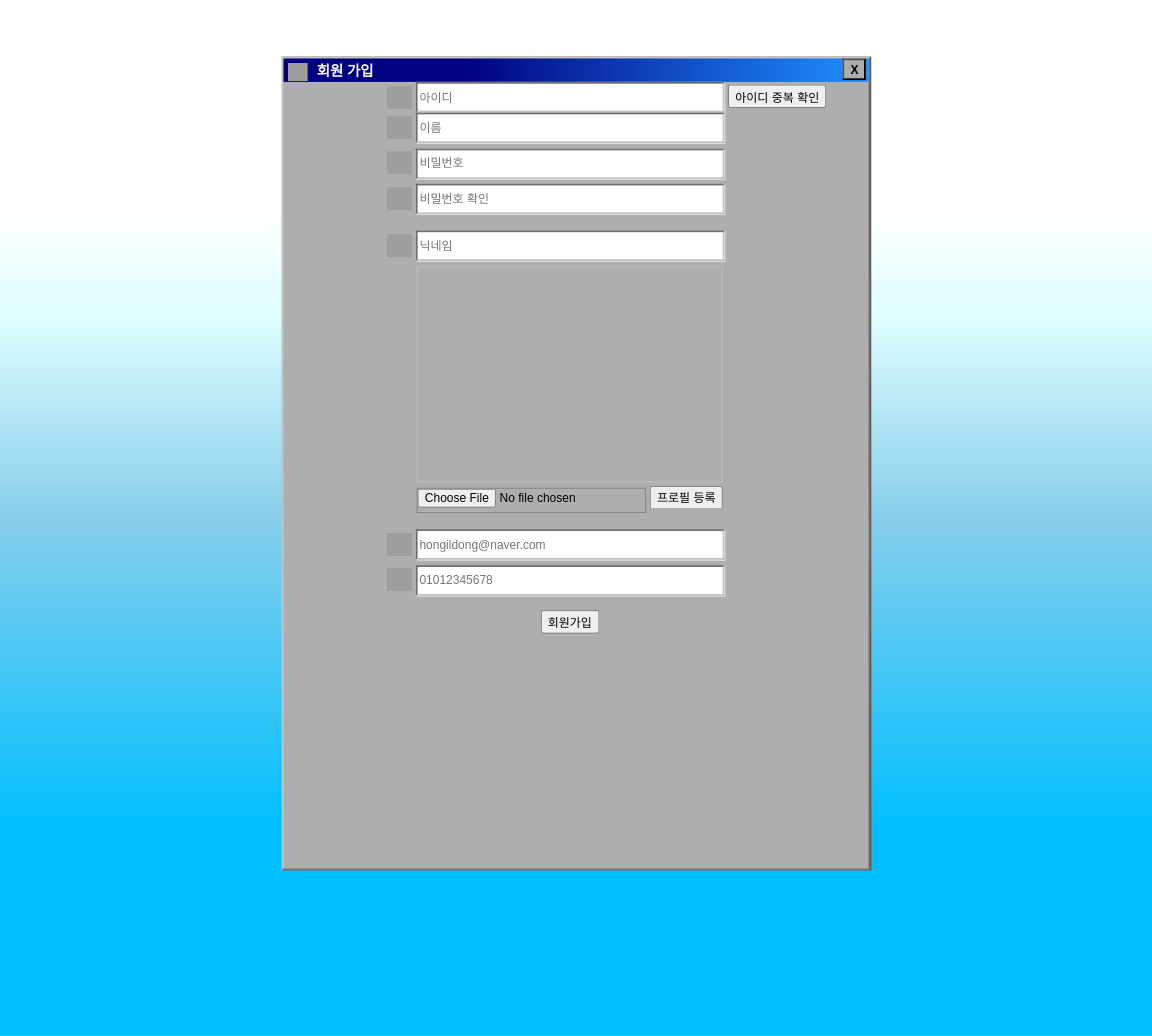
Repository: SEOGWANGWON/semi-finally
Page: http://localhost/semi_team/SHINeeRegister.jsp
The author's editor kept a copy of each file at every save. The page is drawn from the files as they stood at one save, then again after the next save.
The browser window is 1280 px wide. The pictures show the whole page, at 90% of full size.
Pictures or frames that could not be fetched are drawn as grey boxes. The page is served by Tomcat 9. Other server files are loaded and not shown.

Above is the page before, as saved 2023-11-17 02:56:02.

### semi_team/src/main/webapp/SHINeeRegister.jsp
<%@ page language="java" contentType="text/html; charset=UTF-8"
    pageEncoding="UTF-8"%>
<!DOCTYPE html>
<html lang="ko">
    <head>
        <meta charset="UTF-8">
        <title>SHINee Music회원가입 페이지</title>
        <link rel="stylesheet" type="text/css" href="css/광원님.css">
    </head>
    <body>
        <div class="pageColor">
            <div class="TabColor"><img src="images/mypage.png" class="TabiconImage"><strong class="TabTextStyle">회원 가입</strong>
                <button id="pageCloseButton" type="button" class="pageCloseButton" onclick="closeButton()"><Strong class="pageCloseButtonText">X</Strong></button>
            </div>
                <form id="createAccount" action="SHINeeRegisterServlet" method="post" enctype="multipart/form-data">
	                <div id="divid">
	                    <label for="id">
	                        <img class="iconImg" src="images/user.png">
	                    </label>
	                    <input id="id" name="id" type="text" oninput="idCheck()"  placeholder="아이디" autocomplete="off">
	                    									<!--  oninput = 입력할때마다 실시간 체크   autocomplete="off" 자동완성 기능 off -->
	                    <button id="idButton" type="button" name="idButton">아이디 중복 확인</button> <!--  onclick="idDbCheck()" -->
	                    <span id="ruleid"></span> <!--  <input type="hidden" name="idCheckBox" id="idCheckBox" value="idUnCheck">  -->
	                </div>
	                <div>
	                    <label for="name">
	                        <img class="iconImg" src="images/name.png">
	                    </label>
	                    <input id="name" name="name" type="text" oninput="nameCheck()" placeholder="이름" autocomplete="off">
	                    <p id="rulename"></p>
	                </div>
	                <div>
	                    <label for="pw">
	                        <img class="iconImg" src="images/password.png">
	                    </label>
	                    <input id="pw" name="pw" type="password" oninput="pwCheck()"  placeholder="비밀번호" autocomplete="off">
	                    <p id="rulepm"></p>
	                </div>
	                <div>
	                    <label for="checkpw">
	                       <img class="iconImg" src="images/passwordcheck.png">
	                    </label>
	                    <input id="checkpw" type="password" oninput="pwCheck()" placeholder="비밀번호 확인">
	                    <span id="checkpm"></span>
	                </div>
	                <br>
	                <div>
	                    <label for="nickname">
	                        <img class="iconImg" src="images/profile.png">
	                    </label>
	                    <input id="nickname" name="nickname" type="text" oninput="nicknameCheck()" placeholder="닉네임" autocomplete="off">
	                    <p id="rulenickname"></p>
	                </div>

	                <div>
	                    <div id="profileContainer">
	                        <!-- 프로필 사진을 표시할 컨테이너 -->
	                        <img id="uploadProfile">
	                    </div>
	                    <input type="file" id="profileInput" name="profileInput" accept="image/*" style="margin: 0 0 0 6%;">
	                    <button id="profileUploadButton" type="button">프로필 등록</button>
	                </div>
	                <br>
	                <div>
	                    <label for="emailid">
	                        <img class="iconImg" src="images/email.png">
	                    </label>
	                    <input id="emailid" type="email" name="emailid"  oninput="userEmailCheck()" placeholder="hongildong@naver.com" autocomplete="off">
	                    <p id="ruleemail"></p>
	                </div>
	                <div>
	                    <label for="phoneNumber">
	                        <img class="iconImg" src="images/phone.png">
	                    </label>
	                    <input id="phoneNumber" name="phoneNumber" type="text" oninput="userPhoneCheck()" placeholder="01012345678" autocomplete="off">
	                    <p id="rulephoneNumber"></p>
	                </div>
	                <button id="createUserButton" onclick="CreateUser()">회원가입</button>

            	</form>

       	</div>
       	<script src="https://code.jquery.com/jquery-3.7.1.js"
        integrity="sha256-eKhayi8LEQwp4NKxN+CfCh+3qOVUtJn3QNZ0TciWLP4="
        crossorigin="anonymous"></script>
       	<script src="js/CreateAccountPage.js">
        </script>
    </body>
</html>

### semi_team/src/main/webapp/css/광원님.css
@charset "UTF-8";
body{
    background: linear-gradient(white 20%,lightCyan 30%, skyBlue 50%, deepSkyBlue 80% ) ;
    height: 1080px;
}
.pageColor{
    width: 650px;
    height: 900px;
    margin: 0 auto;
    margin-top: 5%;
    border: 2px outset rgb(199, 195, 195);
    box-shadow: 1px 0 0 0 rgb(41, 41, 41);
    background-color: rgb(175, 174, 174);
}
#phoneNumber{
    width: 335px;
    height: 28px;
    border: 2px inset rgb(194, 192, 192);
    box-shadow: 1px 1px 1px 0 rgb(224, 222, 222);
}
#nickname{
    width: 335px;
    height: 28px;
    border: 2px inset rgb(194, 192, 192);
    box-shadow: 1px 1px 1px 0 rgb(224, 222, 222);

}
#id{
    width: 335px;
    height: 28px;
    border: 2px inset rgb(194, 192, 192);
    box-shadow: 1px 1px 1px 0 rgb(224, 222, 222);
}
#pw,#checkpw{
    width: 335px;
    height: 28px;
    border: 2px inset rgb(194, 192, 192);
    box-shadow: 1px 1px 1px 0 rgb(224, 222, 222);
}


#createAccount{
    width: 550px;
    height: 650px;
    margin-left: 10%;
    padding: 0 50px 50px;
    border-radius: 5%;
}
#emailid{
    width: 335px;
    height: 28px;
    border: 2px inset rgb(194, 192, 192);
    box-shadow: 1px 1px 1px 0 rgb(224, 222, 222);
}
input{
    border: 1.5px solid gray;
}
button{
    height: 26px;
}
input{
    height: 26px;
}
.pawnTab{
    width: 600px;

}
.iconImg{
    width: 28px;
    height: 26px;
    margin-bottom: -8px;
}
.TabColor{
    height: 26px;
    background: linear-gradient(to right,navy 30%, dodgerblue );
}
.TabiconImage{
    margin: 0 -3px -6px 5px;
    width: 22px;
    height: 20px;
}
.TabTextStyle{
    margin: 0 0 0 2%;
    color: white;
}
.pageCloseButton{
    float: right;
    margin: 0 0.5% -5% 0;
    width: 26px;
    height: 24px;
    padding: 3px;
    background-color: rgb(175, 174, 174);
}
.pageCloseButtonText{
    margin: 0 0 0 10%;
}
#uploadProfile{
    width: 340px;
    height: 240px;
    margin: 0 0 0 6%;
}
@font-face {
    font-family: 'Ramche';
    src: url('https://cdn.jsdelivr.net/gh/projectnoonnu/noonfonts_2307-1@1.1/Ramche.woff2') format('woff2');
    font-weight: normal;
    font-style: normal;
}
#checkpm{
    width: 150px;
    margin: 0;
    padding: 0;
}
#name{
    width: 335px;
    height: 28px;
    border: 2px inset rgb(194, 192, 192);
    box-shadow: 1px 1px 1px 0 rgb(224, 222, 222);
}
#createUserButton{
    margin: 2% 0 0 31%;
}

#ruleid, #rulephoneNumber, #ruleemail, #rulenickname, #rulepm, #rulename{
    font-size: 13px;
    font-weight: 800;
    color: rgb(255, 0, 0);
    padding: 0;
    margin: 1% 0 1% 6%;
}

### semi_team/src/main/webapp/js/CreateAccountPage.js
document.getElementById("profileUploadButton").addEventListener("click", function(){
    var fileInput = document.getElementById("profileInput");
    var uploadImage = document.getElementById("uploadProfile");
    var imageContainer = document.getElementById("profileContainer");

    if(fileInput.files.length > 0){
        var file = fileInput.files[0];
        var reader = new FileReader();

        reader.onload = function(e){
            uploadImage.src = e.target.result;
            imageContainer.style.display = "block";
        };

        reader.readAsDataURL(file);
    } else{
        alert("프로필 사진을 넣어야 합니다.");
    };
});

function closeButton(){

    if(confirm("회원가입을 취소하시겠습니까?.")){
        alert("회원가입이 취소되었습니다.")
        var pageMove = "https://music.apple.com/kr/browse";
        location.href=pageMove;
    };
};

function idCheck(){

	var userid = document.getElementById("id").value;
	const idPattarn =  /^[A-za-z0-9]{4,12}$/;

	if(idPattarn.test(userid)){
		$('#ruleid').text('조건 일치').css('color', 'green');
	}else{
        $('#ruleid').text("아이디는 4 ~ 12 자의 숫자,영어 로만 구성되어야합니다").css('color', 'red');
     };

     document.userInfo.idCheckBox.value = "idUnCheck"

};



/*
function idDbCheck(){
	const a = docu
	a.value
	window.name = "parentForm";
	window.open("Id_Check.jsp?=",
	"checkForm", "width=500, height=300, resizable = no, scrollbars = no");

	}
	*/


function nameCheck(){

    var username = document.getElementById("name").value;
    const namePattarn = /^[가-힣]{1,15}$/;

    if(namePattarn.test(username)){
		$('#rulename').text('조건 일치').css('color', 'green');
	}else{
        $('#rulename').text("이름은 15자 이하의 한글로만 구성되어야 합니다.").css('color', 'red');
     };
};


function pwCheck(){

	var password = document.getElementById("pw").value;
    const passwordPattarn = /^(?=.*[a-z])(?=.*[A-Z])(?=.*\d)(?=.*[@$!%*?&])[A-Za-z\d@$!%*?&]{6,32}$/;

    if(passwordPattarn.test(password)){
		$('#rulepm').text('조건 일치').css('color', 'green');
	}else{
        $('#rulepm').text("비밀번호는 6 ~ 32자의 영문, 대문자, 소문자, 특수문자, 숫자를 포함해야합니다.").css('color', 'red');
     };

    if($('#pw').val() == $('#checkpw').val()){
        $('#checkpm').text('비밀번호 일치').css('color', 'green');
    }else{
        $('#checkpm').text('비밀번호가 불일치').css('color', 'red');
    };
};

function nicknameCheck(){

    var userNickname = document.getElementById("nickname").value;
    const nicknamePattarn =  /^[가-힣A-za-z0-9]{1,20}$/;

    if(nicknamePattarn.test(userNickname)){
		$('#rulenickname').text('조건 일치').css('color', 'green');
	}else{
        $('#rulenickname').text("닉네임은 20자 이하의 영어,숫자,한글로만 구성되어야 합니다.").css('color', 'red');
     };

};

function userEmailCheck(){

    var userEmail = document.getElementById("emailid").value;
    const emailPattarn =  /^[A-Za-z-0-9\-\.]+@[A-Ja-z-0-9\-\.]+\.[A-Ja-z-0-9]+$/;

    if(emailPattarn.test(userEmail)){
		$('#ruleemail').text('조건 일치').css('color', 'green');
	}else{
        $('#ruleemail').text("이메일은 80자 이하의 @과.를 포함한 영어, 숫자로만 구성되어야 합니다.").css('color', 'red');
     };
};

function userPhoneCheck(){

    var userPhone = document.getElementById("phoneNumber").value;
    const phonePattarn = /^(010|011)[0-9]{8}$/;

    if(phonePattarn.test(userPhone)){
		$('#rulephoneNumber').text('조건 일치').css('color', 'green');
	}else{
        $('#rulephoneNumber').text("올바른 번호가 아닙니다.").css('color', 'red');
     };
}






function CreateUser(){

    var userid = document.getElementById("id").value;
    var username = document.getElementById("name").value;
    var password = document.getElementById("pw").value;
    var passwordCheck = document.getElementById("checkpw").value;
    var userNickname = document.getElementById("nickname").value;
    var userEmail = document.getElementById("emailid").value;
    var userPhone = document.getElementById("phoneNumber").value;
    //var idCheckBox = document.getElementById("idCheckBox").value;



    const idPattarn =  /^[A-za-z0-9]{4,12}$/;
    const namePattarn = /^[가-힣]{1,15}$/;
    const passwordPattarn = /^(?=.*[a-z])(?=.*[A-Z])(?=.*\d)(?=.*[@$!%*?&])[A-Za-z\d@$!%*?&]{6,32}$/;
    const nicknamePattarn =  /^[가-힣A-za-z0-9]{1,20}$/;
    const emailPattarn =  /^[A-Za-z-0-9\-\.]+@[A-Ja-z-0-9\-\.]+\.[A-Ja-z-0-9]+$/;
    const phonePattarn = /^(010|011)[0-9]{8}$/;

    if(!userid.match(idPattarn)){
        alert("아이디는 4 ~ 12 자의 숫자,영어 로만 구성되어야합니다");
        return false;
   /* else if(idCheckBox !="idOnCheck"){
        alert("아이디 중복체크를 하셔야합니다.")
        return false;
        }*/

    }else if(!username.match(namePattarn)){
        alert("이름은 15자 이하의 한글로만 구성되어야 합니다.");
        return false;
    }else if(!password.match(passwordPattarn)){
        alert("비밀번호는 6 ~ 32자의 영문, 대문자, 소문자, 특수문자, 숫자를 포함해야합니다.");
        return false;
    }else if(password !== passwordCheck){
        alert("비밀번호가 일치하지 않습니다.");
        return false;
    }else if(!userNickname.match(nicknamePattarn)){
        alert("닉네임은 20자 이하의 영어,숫자,한글로만 구성되어야 합니다.");
        return false;
    }else if(!userEmail.match(emailPattarn)){
        alert("이메일은 80자 이하의 @과.를 포함한 영어, 숫자로만 구성되어야 합니다.")
        return false;
    }else if(!userPhone.match(phonePattarn)){
        alert("올바른 번호가 아닙니다.");
        return false;
    }
    alert("SHINee Musci에 오신걸 환영합니다!")



	/*
	var idCheckResult = $('#idCheckBox').val();

    // 아이디 중복 확인이 되었는지 확인
    if (idCheckResult === 'idUnCheck') {
        alert('아이디 중복 확인을 해주세요.');
        return;
    }
    */





    //alert("회원가입이 정상적으로 완료되었습니다!.");
    //var pageMove = "https://music.apple.com/kr/browse";
    //location.href=pageMove;     // ( 현재 페이지에서 이동 )

    // window.open(사이트링크) ( 새창 열기 )


     }

After the next save:
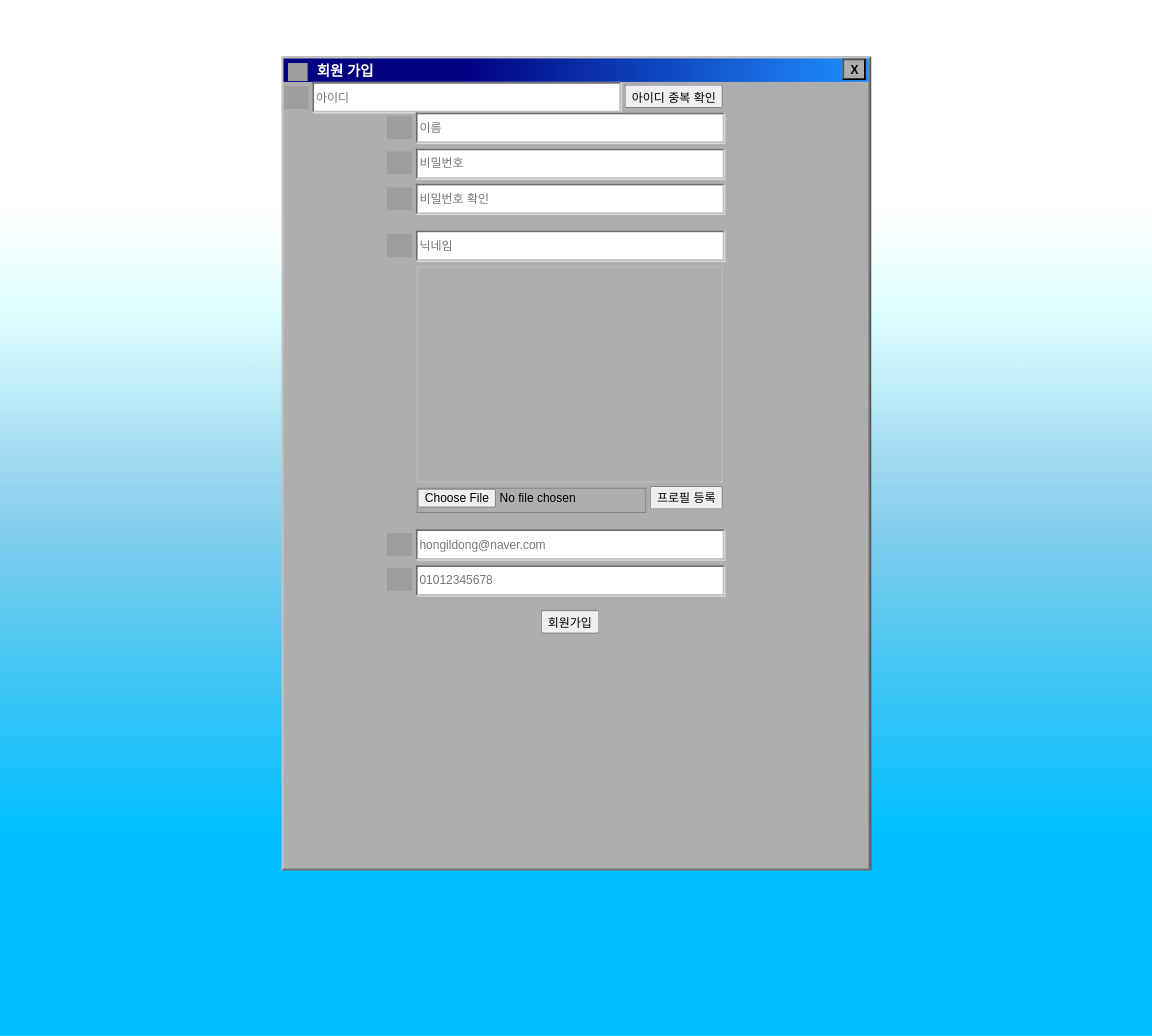
Saved 2 s later.
--- a/semi_team/src/main/webapp/SHINeeRegister.jsp
+++ b/semi_team/src/main/webapp/SHINeeRegister.jsp
@@ -12,8 +12,7 @@
             <div class="TabColor"><img src="images/mypage.png" class="TabiconImage"><strong class="TabTextStyle">회원 가입</strong>
                 <button id="pageCloseButton" type="button" class="pageCloseButton" onclick="closeButton()"><Strong class="pageCloseButtonText">X</Strong></button>
             </div>
-                <form id="createAccount" action="SHINeeRegisterServlet" method="post" enctype="multipart/form-data">
-	                <div id="divid">
+			<div id="divid">
 	                    <label for="id">
 	                        <img class="iconImg" src="images/user.png">
 	                    </label>
@@ -22,6 +21,8 @@
 	                    <button id="idButton" type="button" name="idButton">아이디 중복 확인</button> <!--  onclick="idDbCheck()" -->
 	                    <span id="ruleid"></span> <!--  <input type="hidden" name="idCheckBox" id="idCheckBox" value="idUnCheck">  -->
 	                </div>
+                <form id="createAccount" action="SHINeeRegisterServlet" method="post" enctype="multipart/form-data">
+
 	                <div>
 	                    <label for="name">
 	                        <img class="iconImg" src="images/name.png">
